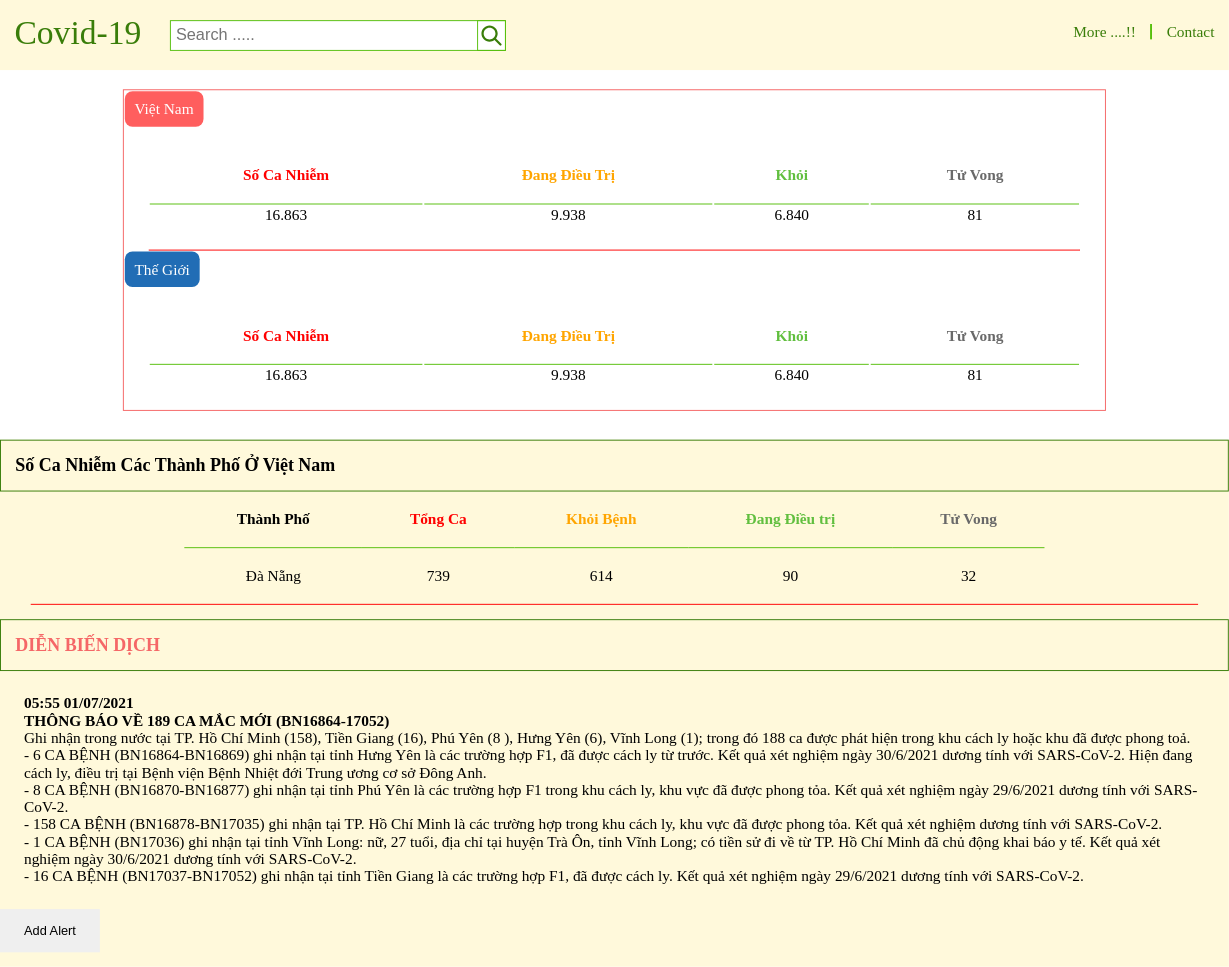
Repository: thuongton98/Covid
Page: html-css-js/index.html
These files come from the project's save history. The page is drawn as it stood at one moment and after the next save; the edit follows.
The browser window is 1280 px wide. The pictures show the whole page, at 96% of full size.

Above is the page before, as saved 2021-07-01 10:29:14.

### html-css-js/index.html
<!DOCTYPE html>
<html lang="en">
<head>
    <meta charset="UTF-8">
    <meta http-equiv="X-UA-Compatible" content="IE=edge">
    <meta name="viewport" content="width=device-width, initial-scale=1.0">

    <link rel="stylesheet" href="./styles.css">
    <script src="https://cdn.ckeditor.com/4.16.1/standard/ckeditor.js"></script>
    <title>Covid-19</title>
</head>
<body>
    <nav>
        <div class="icon">
            <div class="icon-i">Covid-19</div>
            <div class="icon-search">
                <input type="text" placeholder="Search .....">
                <svg fill="#000000" xmlns="http://www.w3.org/2000/svg"  viewBox="0 0 48 48" width="48px" height="48px"><path d="M 20.5 6 C 12.515556 6 6 12.515562 6 20.5 C 6 28.484438 12.515556 35 20.5 35 C 23.773158 35 26.788919 33.893018 29.220703 32.050781 L 38.585938 41.414062 A 2.0002 2.0002 0 1 0 41.414062 38.585938 L 32.050781 29.220703 C 33.893017 26.788918 35 23.773156 35 20.5 C 35 12.515562 28.484444 6 20.5 6 z M 20.5 10 C 26.322685 10 31 14.677319 31 20.5 C 31 23.295711 29.914065 25.820601 28.148438 27.697266 A 2.0002 2.0002 0 0 0 27.701172 28.144531 C 25.824103 29.912403 23.29771 31 20.5 31 C 14.677315 31 10 26.322681 10 20.5 C 10 14.677319 14.677315 10 20.5 10 z"/></svg>
            </div>

        </div>
        <ul class="nav-i">
            <li>More ....!!</li>
            <li>Contact</li>
        </ul>
    </nav>
    <section class="case">
        <div>
            <span>Việt Nam</span>
            <table>

                <tr>
                    <th>Số Ca Nhiễm</th>
                    <th>Đang Điều Trị</th>
                    <th>Khỏi</th>
                    <th>Tử Vong</th>
                </tr>
                <tr>
                    <td>16.863</td>
                    <td>9.938</td>
                    <td>6.840</td>
                    <td>81</td>
                </tr>

            </table>
           <div class="line"></div>
            <span class="word">Thế Giới</span>
            <table>
                <tr>
                    <th>Số Ca Nhiễm</th>
                    <th>Đang Điều Trị</th>
                    <th>Khỏi</th>
                    <th>Tử Vong</th>
                </tr>
                <tr>
                    <td>16.863</td>
                    <td>9.938</td>
                    <td>6.840</td>
                    <td>81</td>
                </tr>
            </table>
            </table>
        </div>
    </section>
    <section class="all-case">
        <h3>Số Ca Nhiễm Các Thành Phố Ở Việt Nam</h3>
        <div>
            <table>
                <tr>
                    <th>Thành Phố</th>
                    <th>Tổng Ca</th>
                    <th>Khỏi Bệnh</th>
                    <th>Đang Điều trị</th>
                    <th>Tử Vong</th>
                </tr>
                <tr>
                    <td>Đà Nẵng</td>
                    <td>739</td>
                    <td>614</td>
                    <td>90</td>
                    <td>32</td>
                </tr>
            </table>
        </div>
        <div class="line"></div>
    </section>
    <section class="alert">
        <h3>DIỄN BIẾN DỊCH</h3>
        <div>
            <h4>05:55 01/07/2021</h4>
            <h4>THÔNG BÁO VỀ 189 CA MẮC MỚI  (BN16864-17052)</h4>
            <p>Ghi nhận trong nước tại TP. Hồ Chí Minh (158), Tiền Giang (16), Phú Yên (8 ), Hưng Yên (6), Vĩnh Long (1); trong đó 188 ca được phát hiện trong khu cách ly hoặc khu đã được phong toả.</p>
            <p>- 6 CA BỆNH (BN16864-BN16869) ghi nhận tại tỉnh Hưng Yên là các trường hợp F1, đã được cách ly từ trước. Kết quả xét nghiệm ngày 30/6/2021 dương tính với SARS-CoV-2. Hiện đang cách ly, điều trị tại Bệnh viện Bệnh Nhiệt đới Trung ương cơ sở Đông Anh.</p>
            <p>- 8 CA BỆNH (BN16870-BN16877) ghi nhận tại tỉnh Phú Yên là các trường hợp F1 trong khu cách ly, khu vực đã được phong tỏa. Kết quả xét nghiệm ngày 29/6/2021 dương tính với SARS-CoV-2.</p>
            <p>- 158 CA BỆNH (BN16878-BN17035) ghi nhận tại TP. Hồ Chí Minh là các trường hợp trong khu cách ly, khu vực đã được phong tỏa. Kết quả xét nghiệm dương tính với SARS-CoV-2.            </p>
            <p>- 1 CA BỆNH (BN17036) ghi nhận tại tỉnh Vĩnh Long: nữ, 27 tuổi, địa chỉ tại huyện Trà Ôn, tỉnh Vĩnh Long; có tiền sử đi về từ TP. Hồ Chí Minh đã chủ động khai báo y tế. Kết quả xét nghiệm ngày 30/6/2021 dương tính với SARS-CoV-2.</p>
            <p>- 16 CA BỆNH (BN17037-BN17052) ghi nhận tại tỉnh Tiền Giang là các trường hợp F1, đã được cách ly. Kết quả xét nghiệm ngày 29/6/2021 dương tính với SARS-CoV-2.</p>
        </div>
       <button>Add Alert</button>
    </section>

</body>

</html>

### html-css-js/styles.css

*{
    padding: 0;
    margin: 0;
    box-sizing: border-box;
}



nav{
    background-color: #fff9db;
    display: flex;
    justify-content: space-between;
    padding:15px
}


nav .icon{
    display: flex;
}

nav .nav-i{
    display: flex;
}

nav .nav-i li{
    list-style: none;
    padding-right: 15px;
    padding-top:10px;
    color:#397d09;
    cursor: pointer;

}

nav .nav-i li:hover{
    color:#57bf0d;
}

nav .nav-i li:last-child{
    padding-right:0;
}

nav .nav-i li:after{
    content: '';
    border: 1px solid #57bf0d;
    margin-left:15px;
    font-size: 12px;
    position: relative;
    top:-2px;
}

nav .nav-i li:last-child::after{
    display: none;
}

nav .icon .icon-i{
    font-size: 35px;
    color: #397d09;
    cursor: pointer;
}

nav .icon .icon-search{
    margin-left:30px;
    position: relative;
   top:-5px;
}


nav .icon .icon-search input{
   padding: 5px;
   width: 350px;
   outline: none;
   border: none;
   font-size: 17px;
   border:1px solid #57bf0d;


}

nav .icon .icon-search svg{
    fill: #397d09;
    cursor: pointer;
    width: 30px;
    height: 32px;
    position: relative;
    border: 1px solid #57bf0d;
    position: relative;
    left: -34px;
    top:11px;
}

nav .icon .icon-search svg:hover{

    fill:#57bf0d
}

.case{
    padding-left: 10%;
    padding-right: 10%;
    padding-top:20px;
}

.case div{
    border: 1px solid #f56767;

}
.case .line, .all-case .line{
    border-top: 1px solid red;
    border-bottom: none;
    width: 95%;
    margin: 0 auto;
}
.case div table{
   padding: 25px;
   padding-top:40px;
    width: 100%;
}

.case div table td{
    text-align: center;
}

.case div table th:nth-child(1),.all-case table th:nth-child(2){
    color: red;
}

.case div table th:nth-child(2),.all-case table th:nth-child(3){
    color: orange;
}

.case div table th:nth-child(3),.all-case table th:nth-child(4){
    color: #61bf3f;
}

.case div table th:nth-child(4),.all-case table th:nth-child(5){
    color: #696969;
}

.case div span{
    background-color: #ff5e5e;
    padding:10px;
    position: relative;
    top:11px;
    left:1px;
    border-radius: 8px;
    color: #fff;
}

.case div .word{
    background-color: #216db5;

}

.all-case,.alert{
    background-color: #fff9db;
   padding-bottom:15px;
}
.all-case h3{
    border:1px solid #397d09;
    margin:0;
    padding:15px;
    margin-top:30px;

}
.all-case table{
    margin: 0 auto;
    width: 70%;
    border-collapse: collapse;
}
.all-case table td{
    text-align: center;
    padding:20px;
}

.all-case table tr,th{
    padding:20px;
  border-bottom: 1px solid #57bf0d;
}

.all-case table tr:last-child{
    border-bottom:none
}

.alert h3{
    border:1px solid #397d09;
    margin:0;
    padding:15px;
    color: #f56767;
}
.alert div{
    padding: 25px;
}

.alert button{
    border:none;
    padding:15px 25px;
    cursor: pointer;
}

After the next save:
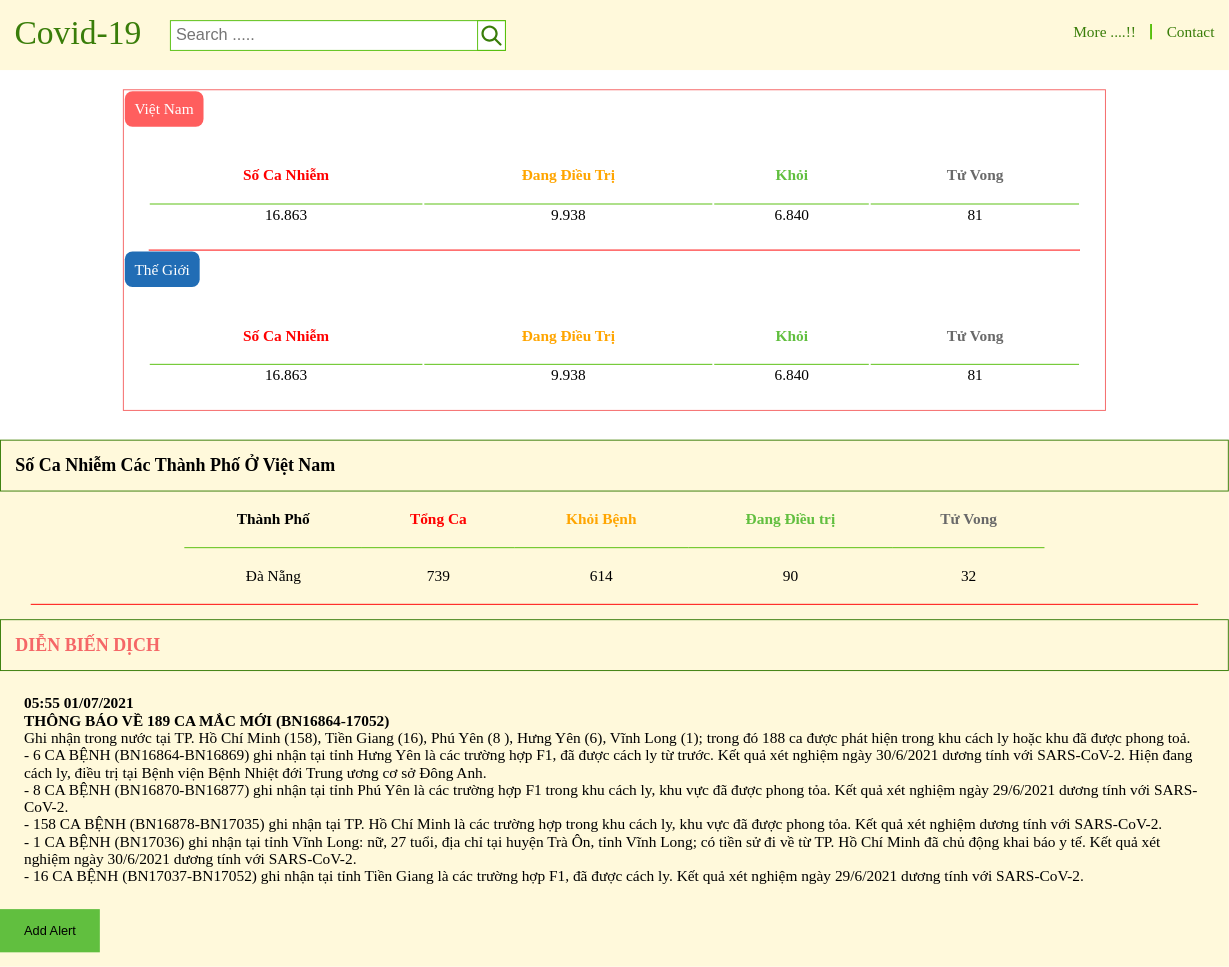
Saved 16 s later.
--- a/html-css-js/styles.css
+++ b/html-css-js/styles.css
@@ -195,4 +195,5 @@ nav .icon .icon-search svg:hover{
     border:none;
     padding:15px 25px;
     cursor: pointer;
+    background-color: #61bf3f;
 }
